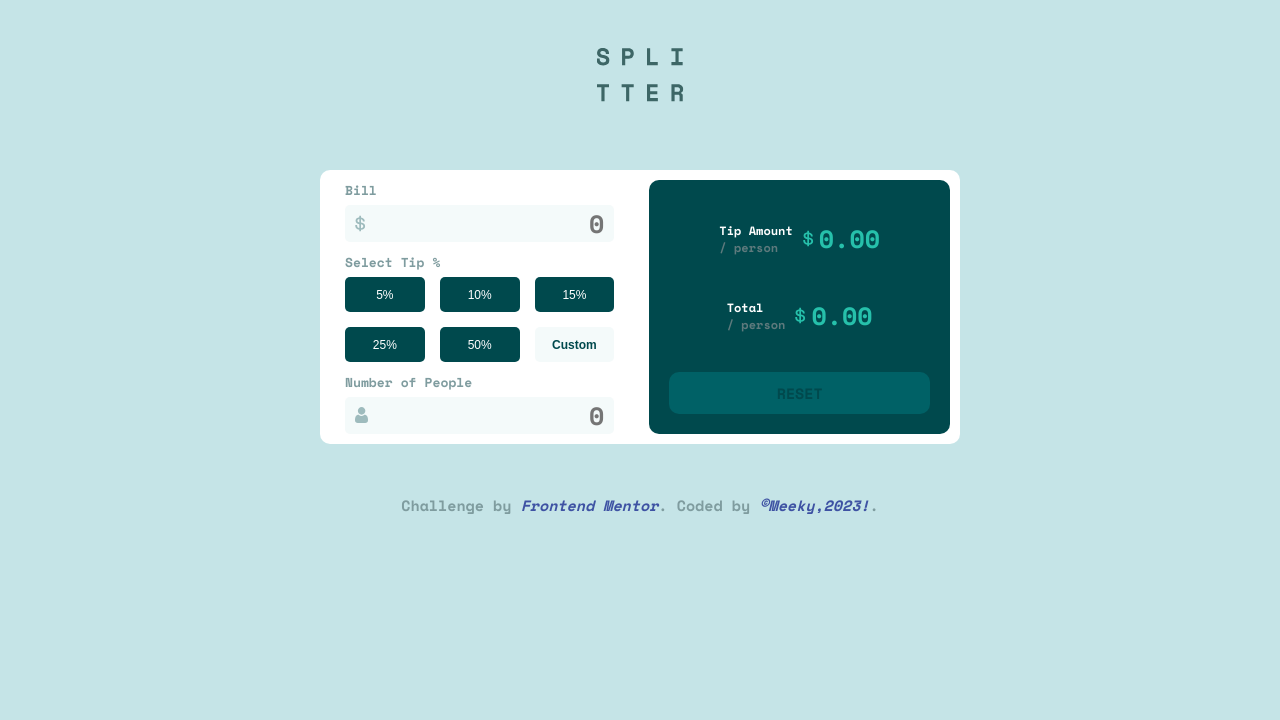
Repository: MeekyBerry/Frontend-Mentor-Challenges
Page: tip-calculator-app/index.html
These files come from the project's save history. The page is drawn as it stood at one moment and after the next save; the edit follows.
The browser window is 1280 px wide. The pictures show the whole page.

Above is the page before, as saved 2023-04-07 21:10:29.

After the next save:
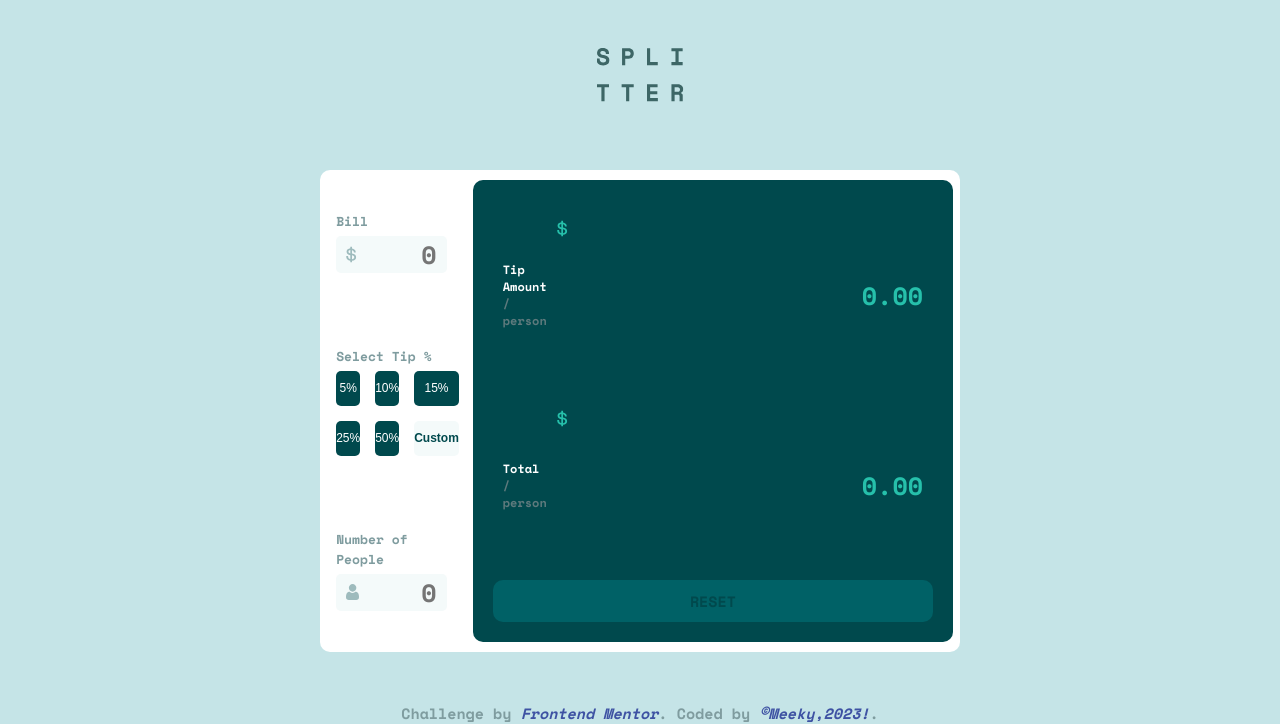
Saved 46 s later.
--- a/tip-calculator-app/index.html
+++ b/tip-calculator-app/index.html
@@ -48,7 +48,7 @@
       <div class="amount">
         <p class="total">Tip Amount <span class="person">/ person</span></p>
         <div class="digit">
-          <svg xmlns="http://www.w3.org/2000/svg" width="11" height="17">
+          <svg xmlns="http://www.w3.org/2000/svg" >
             <path fill="var(--Strong-cyan)"
               d="M6.016 16.328v-1.464c1.232-.08 2.22-.444 2.964-1.092.744-.648 1.116-1.508 1.116-2.58v-.144c0-.992-.348-1.772-1.044-2.34-.696-.568-1.708-.932-3.036-1.092V4.184c.56.144 1.012.4 1.356.768.344.368.516.816.516 1.344v.288h1.824v-.432c0-.448-.088-.876-.264-1.284a3.783 3.783 0 00-.744-1.116A4.251 4.251 0 007.54 2.9a5.324 5.324 0 00-1.524-.492V.872H4.288V2.36a5.532 5.532 0 00-1.416.324c-.448.168-.84.392-1.176.672-.336.28-.604.616-.804 1.008-.2.392-.3.844-.3 1.356v.144c0 .96.316 1.708.948 2.244.632.536 1.548.884 2.748 1.044v3.912c-.704-.16-1.248-.472-1.632-.936-.384-.464-.576-1.08-.576-1.848v-.288H.256v.576c0 .464.08.924.24 1.38.16.456.404.88.732 1.272.328.392.744.728 1.248 1.008s1.108.476 1.812.588v1.512h1.728zM4.288 7.424c-.688-.128-1.164-.332-1.428-.612-.264-.28-.396-.644-.396-1.092 0-.464.176-.832.528-1.104.352-.272.784-.448 1.296-.528v3.336zm1.728 5.712V9.344c.768.128 1.328.328 1.68.6.352.272.528.688.528 1.248 0 .544-.196.984-.588 1.32-.392.336-.932.544-1.62.624z" />
           </svg>
@@ -59,7 +59,7 @@
       <div class="amount">
         <p class="total">Total <span class="person">/ person</span></p>
         <div class="digit">
-          <svg xmlns="http://www.w3.org/2000/svg" width="11" height="17">
+          <svg xmlns="http://www.w3.org/2000/svg">
             <path fill="var(--Strong-cyan)"
               d="M6.016 16.328v-1.464c1.232-.08 2.22-.444 2.964-1.092.744-.648 1.116-1.508 1.116-2.58v-.144c0-.992-.348-1.772-1.044-2.34-.696-.568-1.708-.932-3.036-1.092V4.184c.56.144 1.012.4 1.356.768.344.368.516.816.516 1.344v.288h1.824v-.432c0-.448-.088-.876-.264-1.284a3.783 3.783 0 00-.744-1.116A4.251 4.251 0 007.54 2.9a5.324 5.324 0 00-1.524-.492V.872H4.288V2.36a5.532 5.532 0 00-1.416.324c-.448.168-.84.392-1.176.672-.336.28-.604.616-.804 1.008-.2.392-.3.844-.3 1.356v.144c0 .96.316 1.708.948 2.244.632.536 1.548.884 2.748 1.044v3.912c-.704-.16-1.248-.472-1.632-.936-.384-.464-.576-1.08-.576-1.848v-.288H.256v.576c0 .464.08.924.24 1.38.16.456.404.88.732 1.272.328.392.744.728 1.248 1.008s1.108.476 1.812.588v1.512h1.728zM4.288 7.424c-.688-.128-1.164-.332-1.428-.612-.264-.28-.396-.644-.396-1.092 0-.464.176-.832.528-1.104.352-.272.784-.448 1.296-.528v3.336zm1.728 5.712V9.344c.768.128 1.328.328 1.68.6.352.272.528.688.528 1.248 0 .544-.196.984-.588 1.32-.392.336-.932.544-1.62.624z" />
           </svg>

After the save that followed:
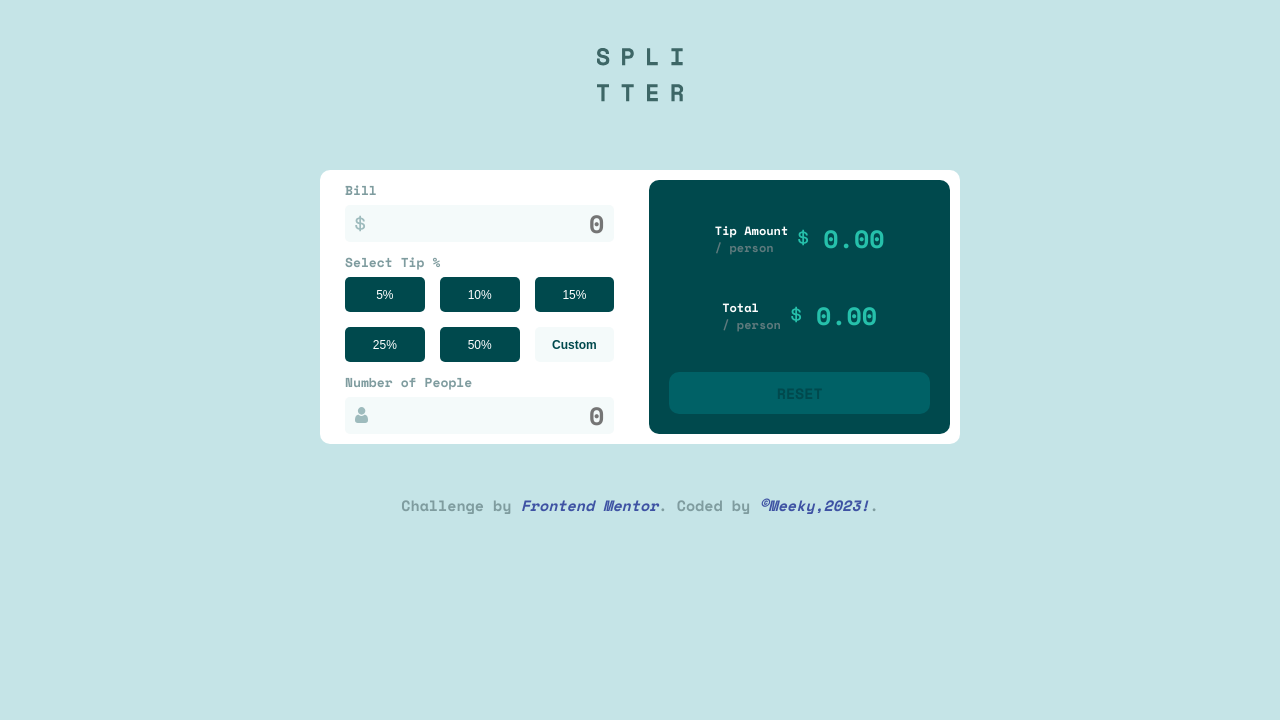
Saved 24 s later.
--- a/tip-calculator-app/css/style.css
+++ b/tip-calculator-app/css/style.css
@@ -265,6 +265,11 @@ input[type="number"] {
   gap: .5rem;
 }
 
+svg {
+  width: 2rem;
+  height: 2rem;
+  fill: var(--White);
+}
 .amount-span {
   font-size: 2.5rem;
   color: var(--Strong-cyan);
